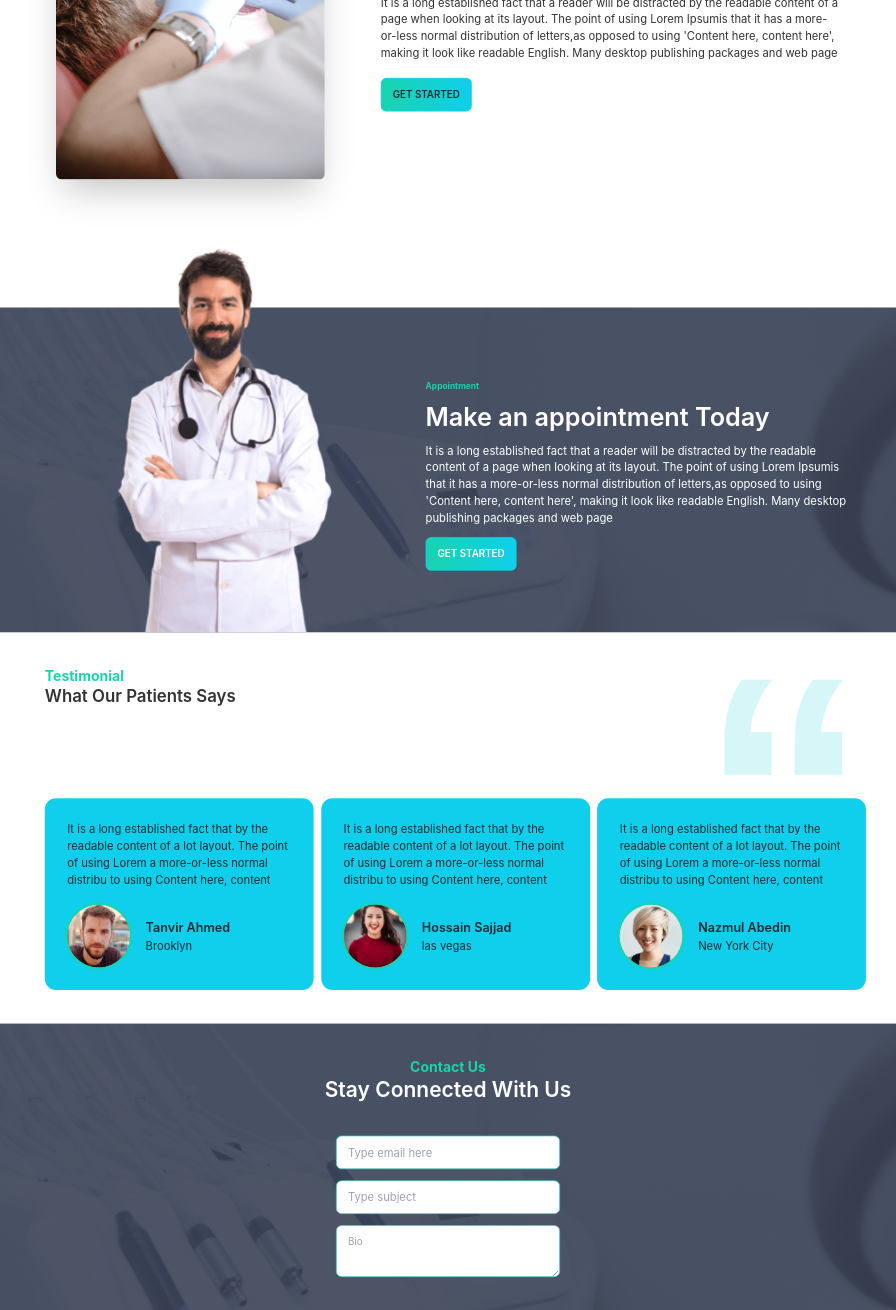
Repository: Tanvir3744/Doctors-client-website
Page: /
An editor plug-in stored every save of this project. The page is shown before and after the next save, followed by the edit.
The browser window is 1280 px wide. The pictures show the part of the page from y = 1716 to 3636 px (the page is 3588 px tall before and 3636 px after), at 70% of full size.
The project was rebuilt for these pictures with package versions that can differ from the ones it lists, and the page was loaded fresh each time. Also part of the build but not shown: src/Pages/About/About.js, src/Pages/Login/Login.js, src/Pages/NotFound/NotFound.js.

Above is the page before, as saved 2022-05-25 23:35:06.

### src/App.js
import { Routes, Route } from 'react-router-dom'
import About from './Pages/About/About';
import Home from './Pages/Home/Home';
import Login from './Pages/Login/Login';
import NotFound from './Pages/NotFound/NotFound';
import Navbar from './Pages/Shared/Navbar';
function App() {
  return (
    <div className="App">
      <Navbar></Navbar>
      <Routes>
        <Route path='/' element={<Home />}></Route>
        <Route path='/home' element={<Home />}></Route>
        <Route path='/about' element={<About />}></Route>
        <Route path='/login' element={<Login />}></Route>
        <Route path='*' element={<NotFound />}></Route>
      </Routes>
    </div>
  );
}

export default App;

### src/Pages/Home/Home.js
import React from 'react';
import InfoCards from '../../components/InfoCards';
import Banner from './Banner/Banner';
import ContactUs from './ContactUs';
import MakeAppointment from './MakeAppointment';
import ServiceHero from './ServiceHero';
import Services from './Services';
import Testimonials from './Testimonials';

const Home = () => {
    return (
        <div>
            <Banner />
            <InfoCards />
            <Services />
            <ServiceHero />
            <MakeAppointment />
            <Testimonials />
            <ContactUs />
        </div>
    );
};

export default Home;

### src/Pages/Shared/Navbar.js
import React from 'react';
import { Link } from 'react-router-dom';

const Navbar = () => {
    //menu items stored here
    const menuItems = <>
        <li><Link to="/">Home</Link></li>
        <li><Link to="/about">About</Link></li>
        <li><Link to="/appointment">Appointmenet</Link></li>
        <li><Link to="/reviews">Reviews</Link></li>
        <li><Link to="/contact">Contact Us</Link></li>
        <li><Link to="/login">Log in </Link></li>
    </>
    return (
        <div>
            <div class="navbar bg-base-100">
                <div class="navbar-start">
                    <div class="dropdown">
                        <label tabindex="0" class="btn btn-ghost lg:hidden">
                            <svg xmlns="http://www.w3.org/2000/svg" class="h-5 w-5" fill="none" viewBox="0 0 24 24" stroke="currentColor"><path stroke-linecap="round" stroke-linejoin="round" stroke-width="2" d="M4 6h16M4 12h8m-8 6h16" /></svg>
                        </label>
                        <ul tabindex="0" class="menu menu-compact dropdown-content mt-3 p-2 shadow bg-base-100 rounded-box w-52">
                           {menuItems}
                        </ul>
                    </div>
                    <Link to='/' class="btn btn-ghost normal-case text-xl">daisyUI</Link>
                </div>
                <div class="navbar-center hidden lg:flex">
                    <ul class="menu menu-horizontal p-0">
                        {menuItems}
                    </ul>
                </div>
            </div>
        </div>
    );
};

export default Navbar;

### src/components/InfoCards.js
import React from 'react';
import ChildInfoCards from './ChildInfoCards';
import Clock from './../assets/icons/clock.svg'
import Marker from './../assets/icons/marker.svg'
import Phone from './../assets/icons/phone.svg'
const InfoCards = () => {

    return (
        <div className='grid px-16 grid-cols-1 lg:grid-cols-3 gap-5 -mt-28'>
            <ChildInfoCards bgClass='bg-gradient-to-r from-secondary to-primary' cardTitle='Opening Hours' img={Clock} />
            <ChildInfoCards bgClass='bg-warning' cardTitle='Our Location' img={Marker} />
            <ChildInfoCards bgClass='bg-gradient-to-r from-secondary to-primary' cardTitle='Contact Us' img={Phone} />
        </div>
    );
};

export default InfoCards;

### src/Pages/Home/Banner/Banner.js
import React from 'react';
import chair from '../../../assets/images/chair.png'
const Banner = () => {
    return (
        <div className='px-12'>
            <div class="hero min-h-screen conatiner mx-auto">
                <div class="hero-content flex-col lg:flex-row-reverse -mt-28">
                    <img src={chair} class="max-w-sm rounded-lg shadow-2xl " />
                    <div className='px-16'>
                        <h1 class="text-5xl font-bold">Box Office News!</h1>
                        <p class="py-6">Provident cupiditate voluptatem et in. Quaerat fugiat ut assumenda excepturi exercitationem quasi. In deleniti eaque aut repudiandae et a id nisi.</p>
                        <button class="btn btn-primary text-white rounded-lg bg-gradient-to-r from-secondary to-primary">Get Started</button>
                    </div>
                </div>
            </div>
        </div>
    );
};

export default Banner;

### src/Pages/Home/ContactUs.js
import React from 'react';
import Appointment from '../../assets/images/appointment.png'
const ContactUs = () => {
    return (
        <section style={{ background: `url(${ Appointment })` }} className='px-16 mt-12 p-12'>
            <div className="text-center ">
                <h4 className='text-secondary text-xl font-bold capitalize'>Contact us</h4>
                <h3 className="text-3xl text-white font-semibold dark capitalize">Stay connected with us</h3>
            </div>
            <div className="contact-form grid grid-cols-1 place-items-center mt-8 ">
                <input type="email" placeholder="Type email here" className="mt-4 input input-bordered input-accent w-full lg:max-w-xs" />
                <input type="text" placeholder="Type subject" className="mt-4 input input-bordered input-accent w-full lg:max-w-xs" />
                <textarea className="mt-4 textarea textarea-accent input-borderd w-full lg:max-w-xs" placeholder="Bio"></textarea>
            </div>
        </section>
    );
};

export default ContactUs;

### src/Pages/Home/MakeAppointment.js
import React from 'react';
import Appointment from "../../assets/images/appointment.png";
import Doctor from '../../assets/images/doctor.png';
const MakeAppointment = () => {
    return (
        <div style={{background:`url(${Appointment})`}} className='flex justify-center items-center mt-16'>
            <div className='flex-1 -mt-36 hidden sm:block '>
                <img src={Doctor} alt="Doctors image" />
            </div>
            <div className='flex-1 pr-16 '>
                <h6 className='my-4 text-secondary text-xl font-bold lg:text-xs'>Appointment</h6>
                <h5 className='my-4 text-white text-4xl font-semibold '>Make an appointment Today</h5>
                <p className='my-4 text-white'>It is a long established fact that a reader will be distracted by the readable content of a page when looking at its layout. The point of using Lorem Ipsumis that it has a more-or-less normal distribution of letters,as opposed to using 'Content here, content here', making it look like readable English. Many desktop publishing packages and web page</p>
                <button className="btn btn-primary bg-gradient-to-r from-secondary text-white font-semibold to-primary">Get Started</button>
            </div>
        </div>
    );
};

export default MakeAppointment;

### src/Pages/Home/ServiceHero.js
import React from 'react';
import Treatment from '../../assets/images/treatment.png'

const ServiceHero = () => {
    return (
        <div>
            <div class="hero min-h-screen px-16">
                <div class="hero-content flex-col lg:flex-row">
                    <img src={Treatment} class="max-w-sm rounded-lg shadow-2xl" />
                    <div className="ml-16">
                        <h1 class="text-5xl font-bold">Exceptional Dental </h1>
                        <h1 class="text-5xl font-bold">Care, on Your Terms</h1>
                        <p class="py-6">It is a long established fact that a reader will be distracted by the readable content of a page when looking at its layout. The point of using Lorem Ipsumis that it has a more-or-less normal distribution of letters,as opposed to using 'Content here, content here', making it look like readable English. Many desktop publishing packages and web page</p>
                        <button class="btn btn-primary bg-gradient-to-r from-secondary to-primary">Get Started</button>
                    </div>
                </div>
            </div>
        </div>
    );
};

export default ServiceHero;

### src/Pages/Home/Services.js
import React from 'react';
import Fluoride from '../../assets/images/fluoride.png';
import Cavity from '../../assets/images/cavity.png';
import Whitening from '../../assets/images/whitening.png';
import Service from './Service';
const Services = () => {
    const serviceData = [
        {
            _id: 1,
            img: Fluoride,
            name: 'Fluoride Treatment',
            desc: 'Lorem Ipsum is simply dummy printing and typesetting indust Ipsum has been the',
        },
        {
            _id: 2,
            img: Cavity,
            name: 'Cavity Filling',
            desc: 'Lorem Ipsum is simply dummy printing and typesetting indust Ipsum has been the'
        },
        {
            _id: 3,
            img: Whitening,
            name: 'Teeth Whitening',
            desc: 'Lorem Ipsum is simply dummy printing and typesetting indust Ipsum has been the'
        }

    ]
    return (
        <div>
            <div className=' text-center mt-20'>
                <h3 className='text-primary uppercase font-bold text-2xl'>Our Services</h3>
                <h2 className='text-4xl text-dark capitalize font-semibold'>Services we provide</h2>
            </div>
            <div className="service-cards gap-8 grid sm:grid-cols-1 md:grid-cols-2 lg:grid-cols-3  mt-8 px-16">
                {
                    serviceData.map(serve => <Service key={serve._id} service = {serve}></Service>)
                }
            </div>
        </div>
    );
};

export default Services;

### src/Pages/Home/Testimonials.js
import React from 'react';
import Quote from '../../assets/icons/quote.svg';
import People1 from '../../assets/images/people1.png';
import People2 from '../../assets/images/people2.png';
import People3 from '../../assets/images/people3.png'
import TestCard from '../../components/TestCard';

const Testimonials = () => {
    const testData = [
        {
            _id: 5,
            name: 'Tanvir Ahmed',
            review: 'It is a long established fact that by the readable content of a lot layout. The point of using Lorem a more-or-less normal distribu to using Content here, content',
            img: People1,
            address:'Brooklyn'
        },
        {
            _id: 6,
            name: 'Hossain Sajjad',
            review: 'It is a long established fact that by the readable content of a lot layout. The point of using Lorem a more-or-less normal distribu to using Content here, content',
            img: People2,
            address:'las vegas'
        },
        {
            _id: 7,
            name: 'Nazmul Abedin',
            review: 'It is a long established fact that by the readable content of a lot layout. The point of using Lorem a more-or-less normal distribu to using Content here, content',
            img: People3,
            address:'New York City'
        }

    ]
    return (
        <section>
            <div className='mt-12 px-16 flex justify-between'>
                <div>
                    <h3 className='text-xl text-secondary font-bold'>Testimonial</h3>
                    <h2 className='text-2xl font-semibold'>What Our Patients Says</h2>
                </div>
                <div className='w-28 lg:w-48'>
                    <img src={Quote} alt="" />
                </div>
            </div>

            {/* testimonial cards */}
            <div className=' grid sm:grid-cols-1 md:grid-cols-2 lg:grid-cols-3 px-16 mt-8  gap-8'>
                {
                    testData.map(test => <TestCard key={test._id} test={test}></TestCard>)
                }
            </div>
        </section>
    );
};

export default Testimonials;

### src/components/ChildInfoCards.js
import React from 'react';

const ChildInfoCards = (props) => {
    const {img, cardTitle, bgClass} = props;
    return (
        <div className='container'>
            <div className={`card lg:card-side shadow-xl p-4 pl-4  ${bgClass}`}>
                <figure><img src={img} alt="Info cards" /></figure>
                <div class="card-body text-white">
                    <h2 class="card-title">{cardTitle}</h2>
                    <p>Click the button to listen on Spotiwhy app.</p>
                </div>
            </div>
        </div>
    );
};

export default ChildInfoCards;

### src/Pages/Home/Service.js
import React from 'react';

const Service = (props) => {
    const {name, img, desc} = props.service;
    return (
        <div>
            <div className="card w-96 bg-base-100 shadow-xl">
                <figure className="px-10 pt-10">
                    <img src={img} alt="Shoes" className="rounded-xl" />
                </figure>
                <div className="card-body items-center text-center">
                    <h2 className="card-title font-semibold text-2xl">{name}</h2>
                    <p>{desc}</p>
                </div>
            </div>
        </div>
    );
};

export default Service;

### src/components/TestCard.js
import React from 'react';

const TestCard = (props) => {
    const { name, img, review, address } = props.test;
    return (
        <div>
            <div class="card w-96 bg-primary text-primary-content">
                <div class="card-body">
                    <p>{review}</p>
                    <div class="flex items-center justify-start mt-4 ">
                        <div class="w-24 rounded-full  ring-offset-base-100 ring-offset-2">
                            <img className='ring ring-secondary rounded-full' src={img} />
                        </div>
                        <div className='ml-4 flex flex-col self-center'>
                            <h5 className='text-lg font-semibold text-dark'>{name}</h5>
                            <h6>{address}</h6>
                        </div>
                    </div>
                </div>
            </div>
        </div>
    );
};

export default TestCard;

### tailwind.config.js
module.exports = {
  content: ["./src/**/*.{html,js}"],
  theme: {
    extend: {},
  },
  daisyui: {
    themes: [
      {

        mytheme: {
          primary: "#0FCFEC",
          secondary: "#19D3AE",
          neutral: "#3d4451",
          warning : "#3A4256",
          accent: "#37cdbe",
          "base-100": "#ffffff",
        },
      },
      "cupcake",
    ],
  },
  plugins: [require("daisyui")],
}

Loaded but not shown: public/index.html (common file); src/index.js (common file); src/index.css (common file); src/reportWebVitals.js (common file)

After the next save:
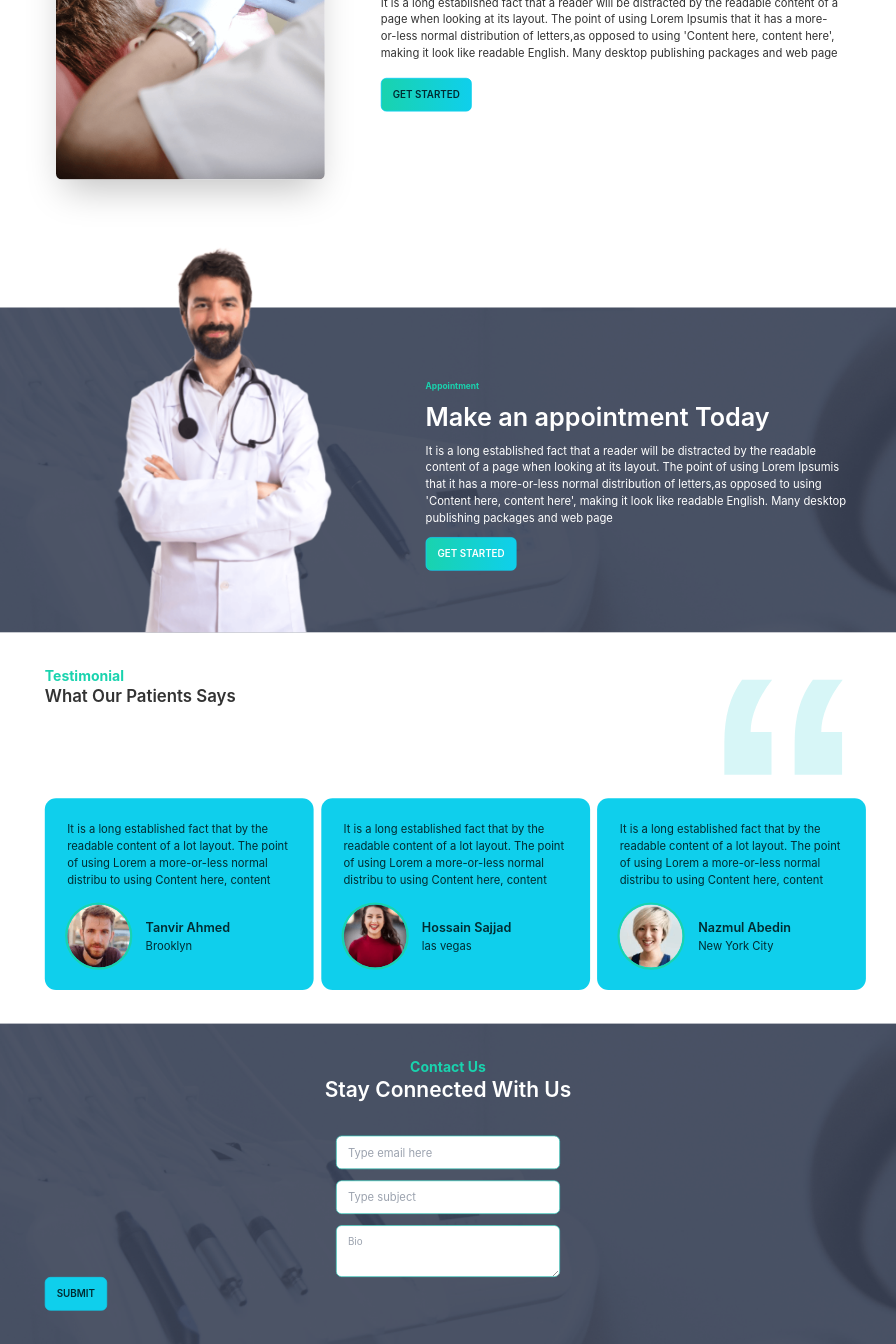
Saved 31 s later.
--- a/src/Pages/Home/ContactUs.js
+++ b/src/Pages/Home/ContactUs.js
@@ -12,6 +12,7 @@ const ContactUs = () => {
                 <input type="text" placeholder="Type subject" className="mt-4 input input-bordered input-accent w-full lg:max-w-xs" />
                 <textarea className="mt-4 textarea textarea-accent input-borderd w-full lg:max-w-xs" placeholder="Bio"></textarea>
             </div>
+            <button className="btn btn-primary">submit</button>
         </section>
     );
 };
